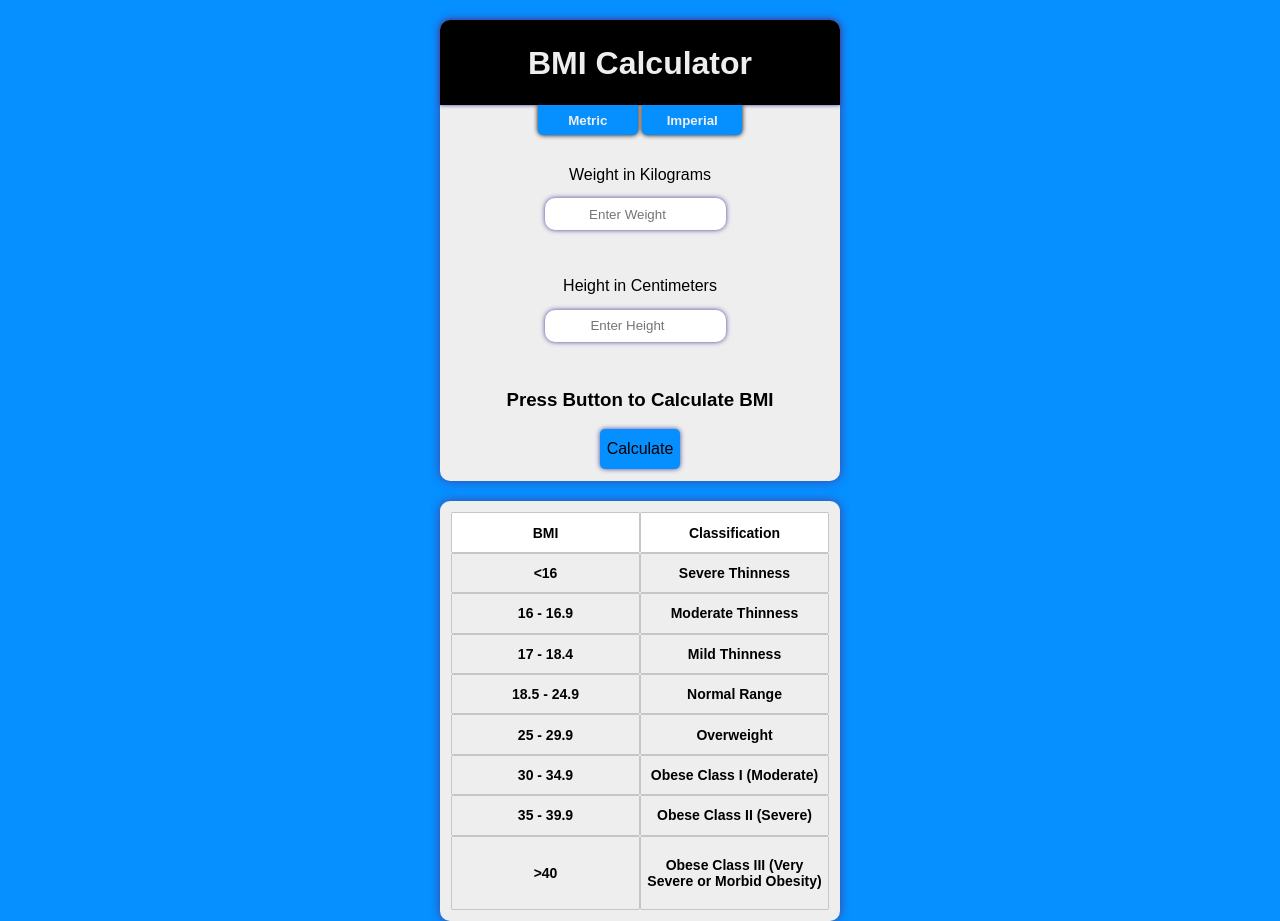
Repository: shayanabedi98/bmi-calculator
Page: index.html
The author's editor kept a copy of each file at every save. The page is drawn from the files as they stood at one save, then again after the next save.
The browser window is 1280 px wide. The pictures show the whole page.
The first visible `.result button` is being pressed.

Above is the page before, as saved 2023-07-24 20:20:21.

After the next save:
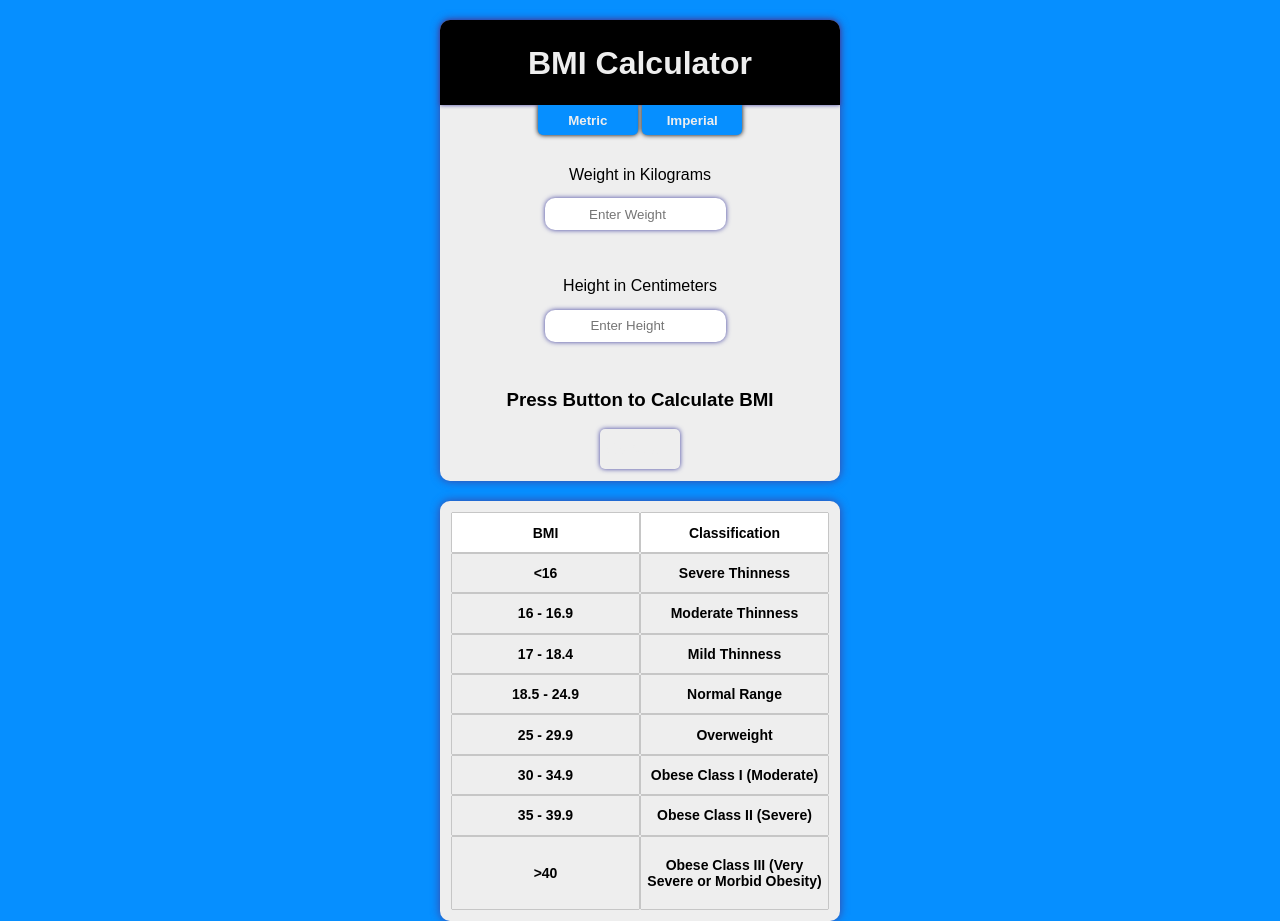
Saved 30 s later.
--- a/styles.css
+++ b/styles.css
@@ -111,3 +111,8 @@ input[type='number'] {
     cursor: pointer;
     font-size: 16px;
 }
+
+.result button:active {
+    background-color: #EEEEEE;
+    color: #EEEEEE;
+}
